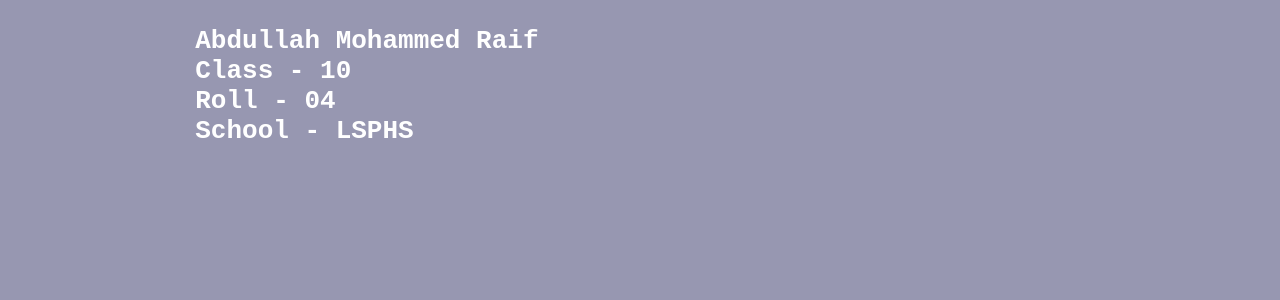
Repository: Raif-007/Portfolio
Page: index.html
An editor plug-in stored every save of this project. The page is shown before and after the next save, followed by the edit.
The browser window is 1280 px wide. The pictures show the whole page.

Above is the page before, as saved 2021-07-05 17:03:42.

After the next save:
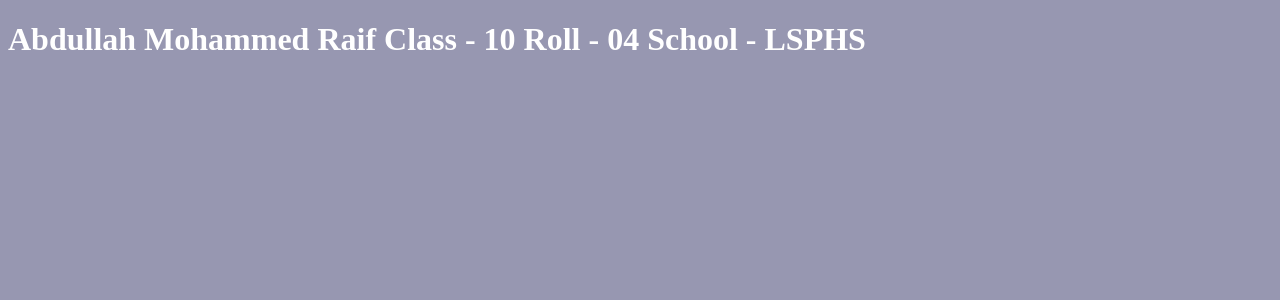
Saved 32 s later.
--- a/index.html
+++ b/index.html
@@ -11,13 +11,10 @@
 
 <body>
     <h1>
-        <pre>
-            Abdullah Mohammed Raif
-            Class - 10
-            Roll - 04
-            School - LSPHS
 
-        </pre>
+        Abdullah Mohammed Raif Class - 10 Roll - 04 School - LSPHS
+
+
 
     </h1>
 </body>
